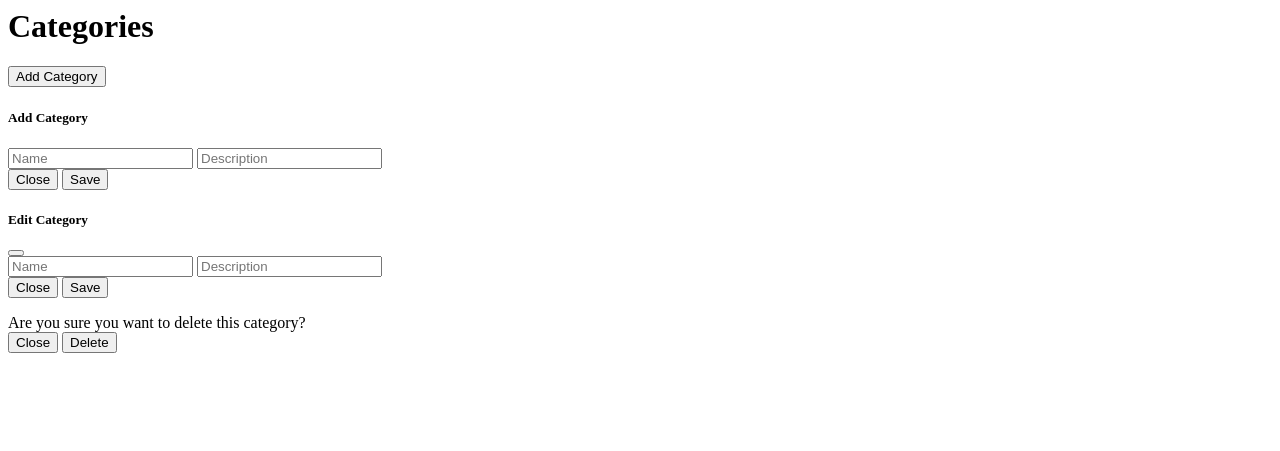
Repository: kanitafoco/kanita-foco
Page: frontend/views/categories.html
These files come from the project's save history. The page is drawn as it stood at one moment and after the next save; the edit follows.
The browser window is 1280 px wide. The pictures show the whole page.

Above is the page before, as saved 2025-12-09 21:29:54.
Console error: ReferenceError: $ is not defined

After the next save:
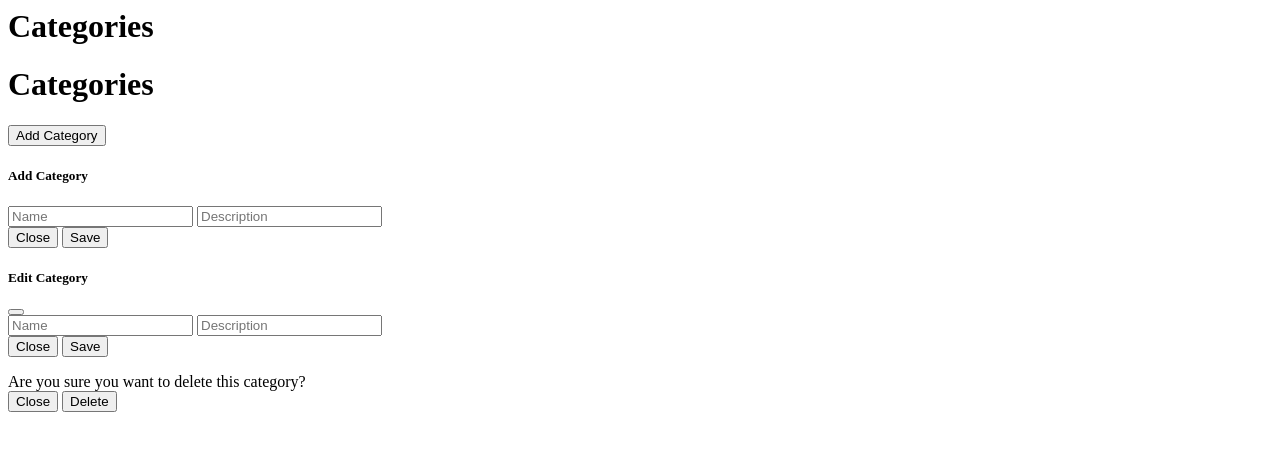
Saved 3 min 33 s later.
--- a/frontend/views/categories.html
+++ b/frontend/views/categories.html
@@ -1,13 +1,16 @@
 <div class="container py-4">
   <h1 class="mb-4">Categories</h1>
 
-  <button class="btn btn-primary mb-3" onclick="CategoryService.openAddModal()">
-      Add Category
-  </button>
+  <div id="adminCategorySection">
 
-  <table id="categories-table" class="display table table-striped w-100"></table>
+    <div class="container py-4">
+      <h1 class="mb-4">Categories</h1>
 
+      <button class="btn btn-primary mb-3" onclick="CategoryService.openAddModal()">
+          Add Category
+      </button>
 
+      <table id="categories-table" class="display table table-striped w-100"></table>
   <!-- Add Modal -->
   <div class="modal" id="addCategoryModal">
      <div class="modal-dialog">

After the save that followed:
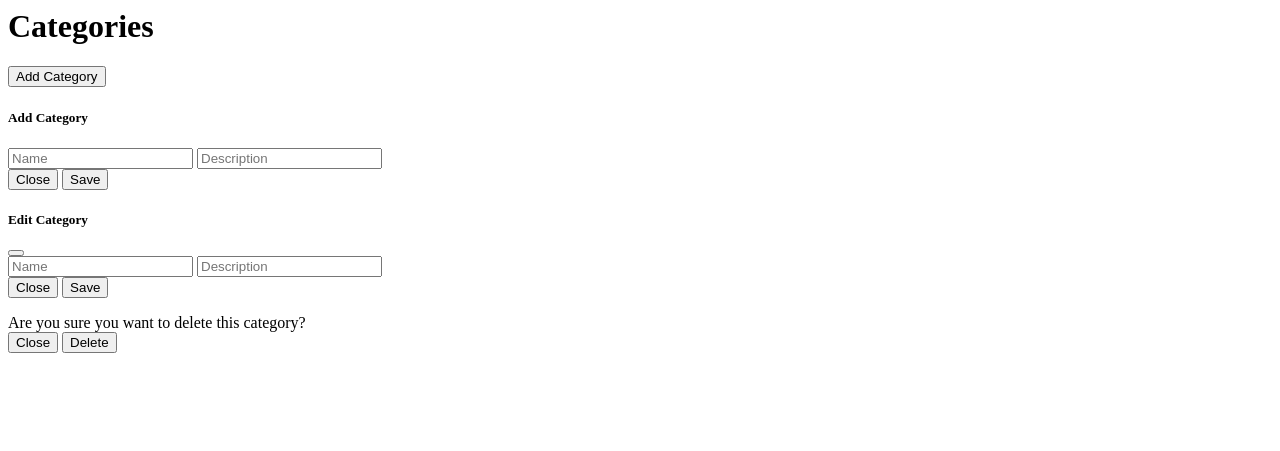
Saved 8 s later.
--- a/frontend/views/categories.html
+++ b/frontend/views/categories.html
@@ -1,16 +1,13 @@
 <div class="container py-4">
   <h1 class="mb-4">Categories</h1>
 
-  <div id="adminCategorySection">
+  <button class="btn btn-primary mb-3" onclick="CategoryService.openAddModal()">
+      Add Category
+  </button>
 
-    <div class="container py-4">
-      <h1 class="mb-4">Categories</h1>
+  <table id="categories-table" class="display table table-striped w-100"></table>
 
-      <button class="btn btn-primary mb-3" onclick="CategoryService.openAddModal()">
-          Add Category
-      </button>
 
-      <table id="categories-table" class="display table table-striped w-100"></table>
   <!-- Add Modal -->
   <div class="modal" id="addCategoryModal">
      <div class="modal-dialog">
